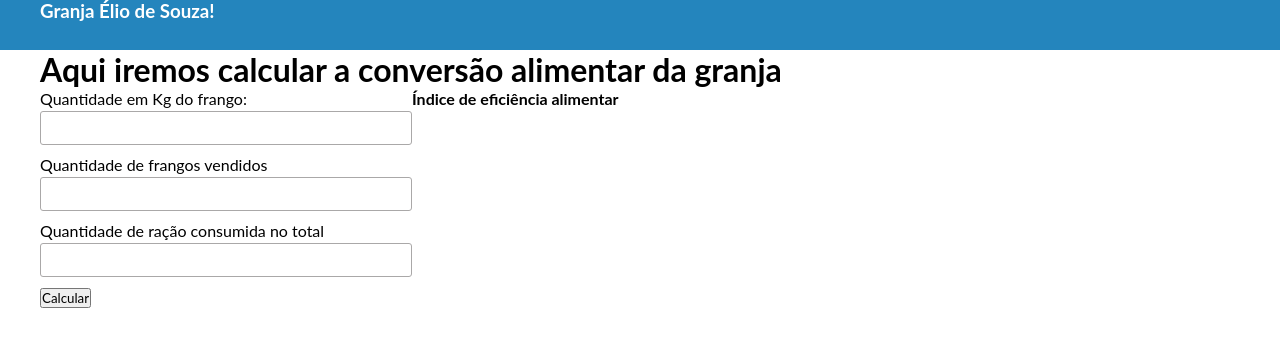
Repository: JoaoNahid/adminSystem
Page: /calculos (app in client/)
An editor plug-in stored every save of this project. The page is shown before and after the next save, followed by the edit.
The browser window is 1280 px wide. The pictures show the whole page.
The project was rebuilt for these pictures with package versions that can differ from the ones it lists, and the page was loaded fresh each time. Also part of the build but not shown: client/src/App.css, client/src/routes/login.js, client/src/routes/cadastro.js, client/src/routes/home.js, client/src/routes/404.js, client/src/routes/lote.js.

Above is the page before, as saved 2022-04-20 21:41:12.

### client/src/App.js
import logo from './logo.svg';
import React, { useState, useEffect } from "react"
import './App.css';
import './css/style.css';


// Router
import { BrowserRouter as Router, Route, Routes } from 'react-router-dom';
// Telas
import Login from './routes/login.js'
import Cadastro from './routes/cadastro.js'
import Home from './routes/home.js'
import Error from './routes/404.js'
import Header from './routes/header.js'
import Lote from './routes/lote.js'
import Calculos from './routes/calculos.js'

export default function App() {
  return (
    <Router>
      <div>
        <Header />
        <Routes>
          <Route exact path="/login" element={<Login />} />
          <Route exact path="/cadastro" element={<Cadastro />} />
          <Route exact path="/" element={<Home />} />
          <Route exact path="/home" element={<Home />} />
          <Route exact path="/lote/:id" element={<Lote />} />
          <Route exact path="/calculos" element={<Calculos />} />
          <Route path="*" element={<Error />} />
        </Routes>
      </div>
    </Router>
  )
}

### client/src/css/style.css
body{
  margin: 0;
  padding: 0;
  font-family: 'Lato', sans-serif;
}
*{
  margin: 0;
  padding: 0;
  font-family: 'Lato', sans-serif;
}
:root{
  --cor1: #099c22;
  --cor2: #424242;
}

@import url('https://fonts.googleapis.com/css2?family=Lato:ital,wght@0,100;0,300;0,400;0,700;0,900;1,100;1,300;1,400;1,700;1,900&display=swap');


.container{
  width: calc(100% - 80px);
  padding: 0 15px;
  margin: 0 auto;
}
.nomePagina{
  padding: 8px 0;
  margin-bottom: 15px;
  background-color: #fff;
  display: flex;
  flex-direction: row;
  justify-content: space-between;
  align-items: center;
}

.tituloPagina{
  color: var(--cor2);
  font-size: 30px;
}
.mostrarEstatisticas{
  color: var(--cor2);
  font-size: 30px;
  cursor: pointer;
  transform: rotate(180deg);
}
.flexBox{
  display: flex;
}
.flexRow{
  flex-direction: row;
}
/* SIDEBAR */
.sidebar{
  position: fixed;
  top: 0;
  bottom: 0;
  height: auto;
  width: 70px;
  background-color: var(--cor2);
  box-shadow: 10px 0 0 var(--cor1);
  overflow: hidden;
  transition: 0.5s;
  z-index: 2;
}
.sidebar:hover{
  width: 300px;
}
.sidebar ul{
  position: absolute;
  top: 200px;
  left: 0;
  width: 100%;
  padding-left: 5px;
}
.sidebar ul li{
  position: relative;
  list-style: none;
  width: 100%;
  border-top-left-radius: 20px;
}
.sidebar ul li a{
  position: relative;
  display: flex;
  width: 100%;
  text-decoration: none;
  color: #fff;
}
.sidebar .iconeSidebar{
  position: relative;
  display: block;
  min-width: 60px;
  height: 60px;
  text-align: center;
  line-height: 70px;
}
.sidebar .iconeSidebar ion-icon{
  position: relative;
  font-size: 1.5rem;
  z-index: 1;
}
.sidebar .tituloSidebar{
  position: relative;
  display: block;
  padding-left: 10px;
  height: 60px;
  line-height: 60px;
  white-space: nowrap;
}
.sidebar .active{
  background: var(--cor1);
}
.perfilUsuario{
  position: relative;
  top: 30px;
  display: flex;
  flex-direction: column;
  justify-content: center;
  align-items: center;
}
.fotoUsuario{
  width: 50px;
  height: 50px;
  border-radius: 50%;
  background-size: cover !important;
  background-repeat: no-repeat !important;
  background-position: center !important;
  transition: 0.6s;
}
.sidebar:hover .fotoUsuario{
  width: 100px;
  height: 100px;
}
.sidebar:hover .nomeUsuario,
.sidebar:hover .funcaoUsuario{
  visibility: visible;
  opacity: 1;
  transition: visibility 0s, opacity 0s linear;
}
.nomeUsuario{
  color: #fff;
  font-size: 20px;
  margin-top: 6px;
  visibility: hidden;
  opacity: 0;
  transition: visibility 0s, opacity 0s linear;
}
.funcaoUsuario{
  color: #fff;
  font-size: 15px;
  visibility: hidden;
  opacity: 0;
  transition: visibility 0s, opacity 0s linear;
}
/* FIM SIDEBAR */

/* DASHBOARD */
.areaBlocosEstatisticas{
  display: grid;
  grid-template-columns: repeat(4, 1fr);
  justify-content: center;
  gap: 20px;
  flex-direction: row;
}
@media(max-width: 1064px){
  .areaBlocosEstatisticas{
    grid-template-columns: repeat(2, 1fr);
  }
}
@media(max-width: 651px){
  .areaBlocosEstatisticas{
    grid-template-columns: 1fr;
  }
}
.blocoEstatistica{
  width: auto;
  height: 150px;
  background: var(--cor2);
  color: #fff;
  border-bottom: 3px solid var(--cor1);
  border-top-left-radius: 20px;
  border-top-right-radius: 20px;
  display: flex;
  flex-direction: column;
  justify-content: space-between;
  align-items: center;
  padding: 8px 12px;
}
.tituloEstatistica{
  font-size: 25px;
  text-transform: capitalize;
}
.conteudoEstatistica{
  display: flex;
  flex-direction: row;
  align-items: center;
  justify-content: space-between;
  width: 100%;
  padding-bottom: 25px;
}
.iconeEstatistica{
  width: 85px;
  font-size: 50px;
  z-index: 0;
}
.dadosEstatistica{
  text-align: center;
  width: 100%;
  font-size: 60px;
  color: #fff;
}
.exibirMenu{
  margin-top: -1000px !important;
  transition: .3s;
}
.rotacionarBtn{
  transform: rotate(180deg);
  transition: .7s ease-in;
}
/* FIM DASHBOARD */

/* LOGIN */
#bgAreaLogin{
  background: rgb(9,156,34);
  background: linear-gradient(0deg, rgba(9,156,34,1) 0%, rgba(66,66,66,1) 100%);
  width: 100%;
  height: 100vh;
}
#areaLogin{
  position: absolute;
  top: 0;
  bottom: 0;
  right: 0;
  left: 0;
  margin: auto auto;
  width: 350px;
  height: 400px;
  box-shadow: rgba(0, 0, 0, 0.1) 0px 10px 15px -3px, rgba(0, 0, 0, 0.05) 0px 4px 6px -2px;
  background-color: #fff;
}
.formLogin{
  padding: 15px 45px ;
  display: flex;
  flex-direction: column;
  gap: 15px;
  align-items: center;
  justify-content: center;
  height: 100%;
}
#areaLogin input{
  /* border-top: 0 none;
  border-right: 0 none;
  border-left: 0 none;
  border-color: var(--cor1); */
  border: 0 none;
  background: #42424255;
  color: var(--cor2);
  border-radius: 20px;
  padding: 8px 12px;
  font-size: 15px;
  width: calc(100% - 24px);
}
#areaLogin input::placeholder{
  color: #fff;
}
#areaLogin input:focus{
  outline: none;
}
.btnLogar{
  width: 100% !important;
  background-color: var(--cor2) !important;
  transition: .3s;
  color: #fff !important;
}
.btnLogar:hover{
  background-color: var(--cor1) !important;
  color: #fff !important;
  cursor: pointer;
}
.esqueciASenha{
  font-size: 13px;
  color: var(--cor2);
  text-decoration: none;
}
.esqueciASenha:hover{
  color: inherit;
}

/* FIM LOGIN */

/* Edição Site */
#areaTotalEdicaoSite{
  width: 100%;
}
.menuPaginas{
  display: flex;
  justify-content: center;
  flex-direction: row;
  margin-left: 230px;
  gap: 1px;
  background: var(--cor1);
}
.paginaEdicao{
  padding: 10px 10px;
  background-color: var(--cor2);
  color: #fff;
  width: 100%;
  text-align: center;
}
.paginaEdicao:hover{
  background: var(--cor1);
  cursor: pointer;
}
.menuSectionsPagina{
  width: 230px;
  display: flex;
  flex-direction: column;
  justify-content: center;
  background: var(--cor1);
}
.sectionEdicao{
  background: var(--cor2);
  color: #fff;
  width: calc(100% - 25px);
  text-align: left;
  padding: 16px 12px;
  text-decoration: none;
}
.sectionEdicao:hover{
  background: var(--cor1);
  cursor: pointer;
}
.boxFormEdicao{
  padding: 20px;
  width: calc(100% - 267px);
  border: solid 1px var(--cor2);
  border-left: solid 1px var(--cor1);
}
.tituloCampo{
  font-size: 18px;
  color: var(--cor2);
  margin-bottom: 10px;
}
.menuAtivo{
  background-color: var(--cor1);
}
/* Fim Edição Site */


/* INPUTS */
input:focus{
  outline: 0;
}
.formEdicao input{
  border-top: 0 none;
  border-right: 0 none;
  border-left: 0 none;
  border-bottom: 2px solid var(--cor2);
  padding: 0 5px 2px;
  font-size: 15px;
  transition: 0.3s;
  width: 100%;
}
.formEdicao input:focus{
  border-color: var(--cor1);
}
/* FIM INPUTS */

#headerArea{
  height: 50px;
  width: 100%;
  background-color: rgb(36, 133, 189);
  color: #fff;
}

/* PAGINA DE ERRO */
#errorPage{
  width: 100%;
  text-align: center;
  padding-top: 50px;
}

.inputsConversao{
  border: 1px solid #aaa8a8;
  border-radius: 3px;
  width: 350px;
  padding: 8px 10px;
  margin-bottom: 10px;
}
.tituloInput{
  margin-bottom: 3px;
}
#gridLotes{
  display: grid;
  grid-template-columns: repeat(4, 1fr);
  gap: 8px;
}
.boxLote{
  padding: 5px;
  text-align: left;

  color: #fff;
}
.loteFechado{
  background-color: rgb(230, 91, 109);
}
.loteAberto{
  background-color: rgb(36, 133, 189);
}

### client/src/routes/header.js
import React, { Component } from "react"

export default function Header() {

    return(
        <div id="headerArea">
            <div className="container">
                <h3>Granja Élio de Souza!</h3>
            </div>
        </div>
    )
}

### client/src/routes/calculos.js
import React, { Component, useState, useEffect } from "react"
import Axios from "axios"

export default function Calculos() {

    const [users, setUsers] = useState([])
    console.log(users)
    /* useEffect((e) => {
      e.preventDefault()
       Axios.get('http://localhost:3001/login').then((response) => {
           console.log(response)
           setUsers(response.data)
       })
   }) */

    function calcularConversao() {

    }



    return (
        <div>
            <div className="container">
                <h1>Aqui iremos calcular a conversão alimentar da granja</h1>
                <div className="flexBox boxConversao">
                    <div className="camposInputs">
                        <p className="tituloInput">Quantidade em Kg do frango:</p>
                        <input type="text" className='inputsConversao' name='pesoFrango' defaultValue='' />
                        <p className="tituloInput">Quantidade de frangos vendidos</p>
                        <input type="number" className='inputsConversao' name='qtdFrangos' defaultValue='' />

                        <p className="tituloInput">Quantidade de ração consumida no total</p>
                        <input type="text" className='inputsConversao' name='qtdRacao' defaultValue='' />

                        <br />
                        <button onClick={calcularConversao()}>Calcular</button>
                    </div>
                    <div className="dadosConversao">
                        <h4>Índice de eficiência alimentar</h4>
                    </div>
                </div>
            </div>
        </div>
    )
}

Loaded but not shown: client/public/index.html (common file); client/src/index.js (common file); client/src/index.css (common file); client/src/reportWebVitals.js (common file)

After the next save:
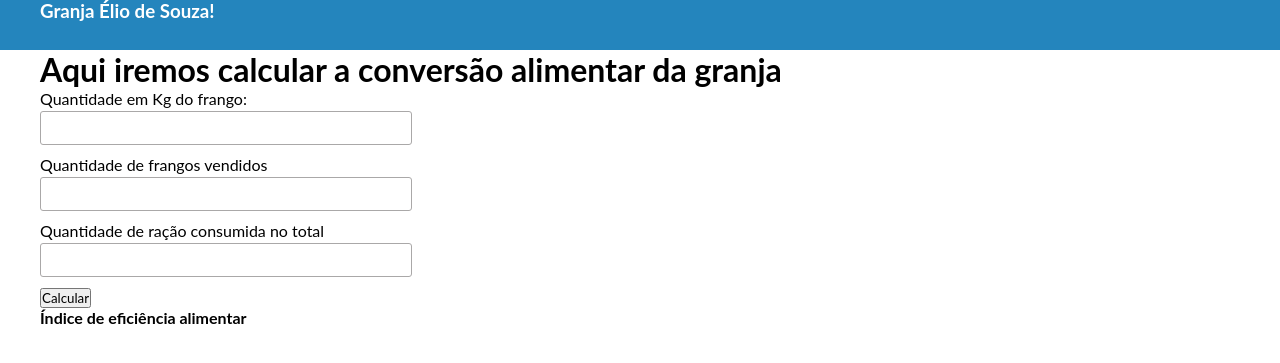
Saved 42 s later.
--- a/client/src/css/style.css
+++ b/client/src/css/style.css
@@ -404,3 +404,7 @@ input:focus{
 .loteAberto{
   background-color: rgb(36, 133, 189);
 }
+.boxConversao{
+  flex-direction: column;
+  justify-content: space-between;
+}
